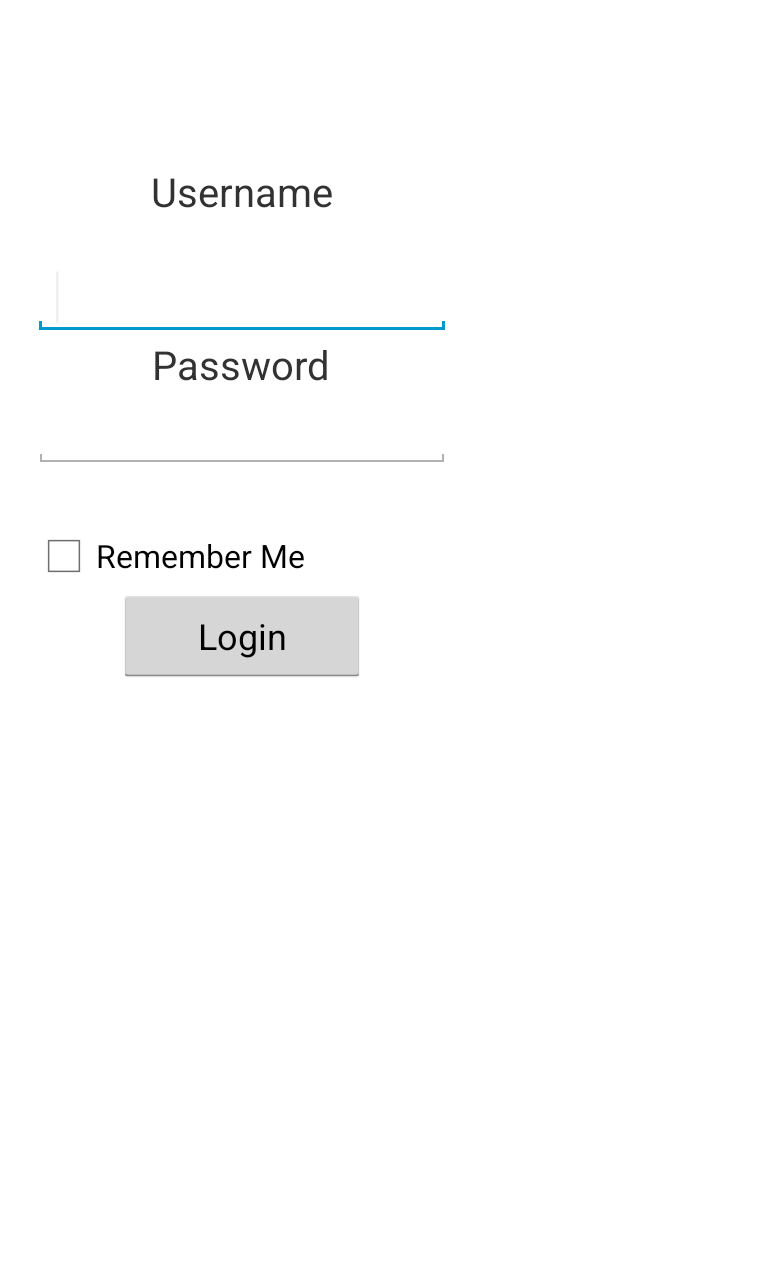
Repository: emeryduh/AndroidProject
Layout: client/TeamJonesProject/res/layout/activity_login.xml
An editor plug-in stored every save of this project. The layout is shown before and after the next save, followed by the edit.
It is drawn on a 768 x 1280 px phone screen (xhdpi) without system bars, with theme AppTheme; the app's code is not run.

Above is the layout before, as saved 2014-10-01 01:21:03.

After the next save:
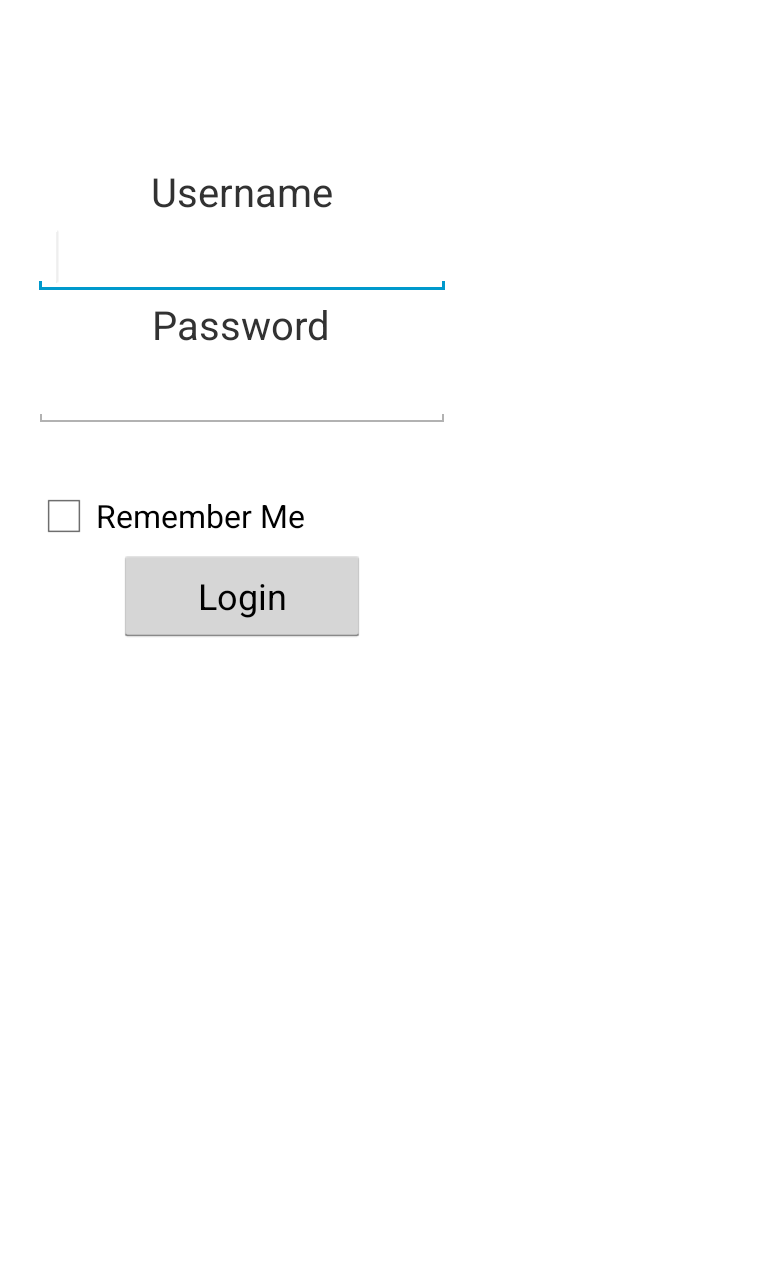
Saved 7 s later.
--- a/client/TeamJonesProject/res/layout/activity_login.xml
+++ b/client/TeamJonesProject/res/layout/activity_login.xml
@@ -39,7 +39,6 @@
             android:layout_width="wrap_content"
             android:layout_height="wrap_content"
             android:layout_gravity="center_horizontal"
-            android:layout_marginTop="20dp"
             android:ems="10"
             android:inputType="textAutoComplete" >
 
